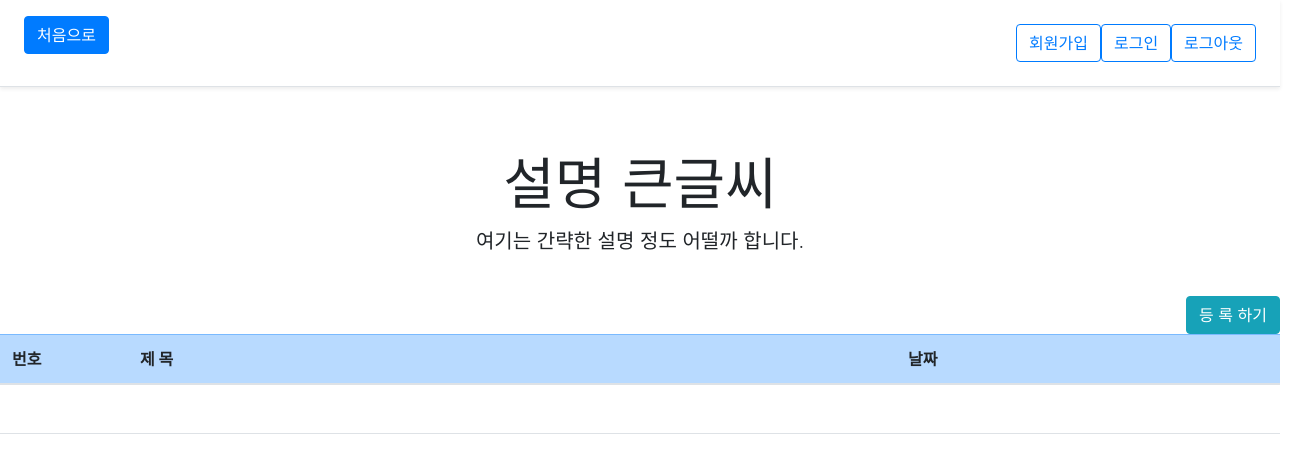
Repository: SettingRhino/innogleantmanager
Page: http://localhost/antmanager/WEB-INF/views/diary.jsp
An editor plug-in stored every save of this project. The page is shown before and after the next save, followed by the edit.
The browser window is 1280 px wide. The page is 1295 px wide, so the pictures cover 1295 px, including what lies to the right of the window. The pictures show the whole page.
The page is served by Tomcat 9. Nobody is signed in. The template is opened directly, without the code that normally fills it, so the values that code supplies are empty.

Above is the page before, as saved 2020-06-09 02:34:39.

After the next save:
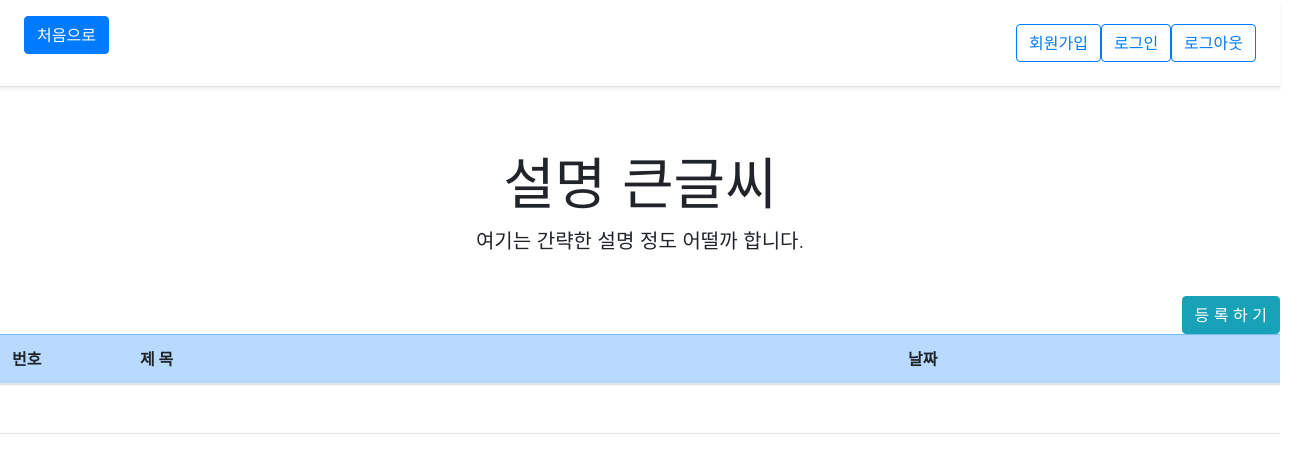
Saved 6 s later.
--- a/antmanager/src/main/webapp/WEB-INF/views/diary.jsp
+++ b/antmanager/src/main/webapp/WEB-INF/views/diary.jsp
@@ -67,7 +67,7 @@
 		<div class="col-lg-4"></div>
 		<div class="col-lg-4"></div>
 		<div class="col-lg-4" align="right">
-			<a href="<c:url value="/diary/edit"/>" class="btn btn-info" role="button"> 등 록 하기</a>
+			<a href="<c:url value="/diary/edit"/>" class="btn btn-info" role="button"> 등 록 하 기</a>
 		</div>
 	</div>
 	<table class="table">
